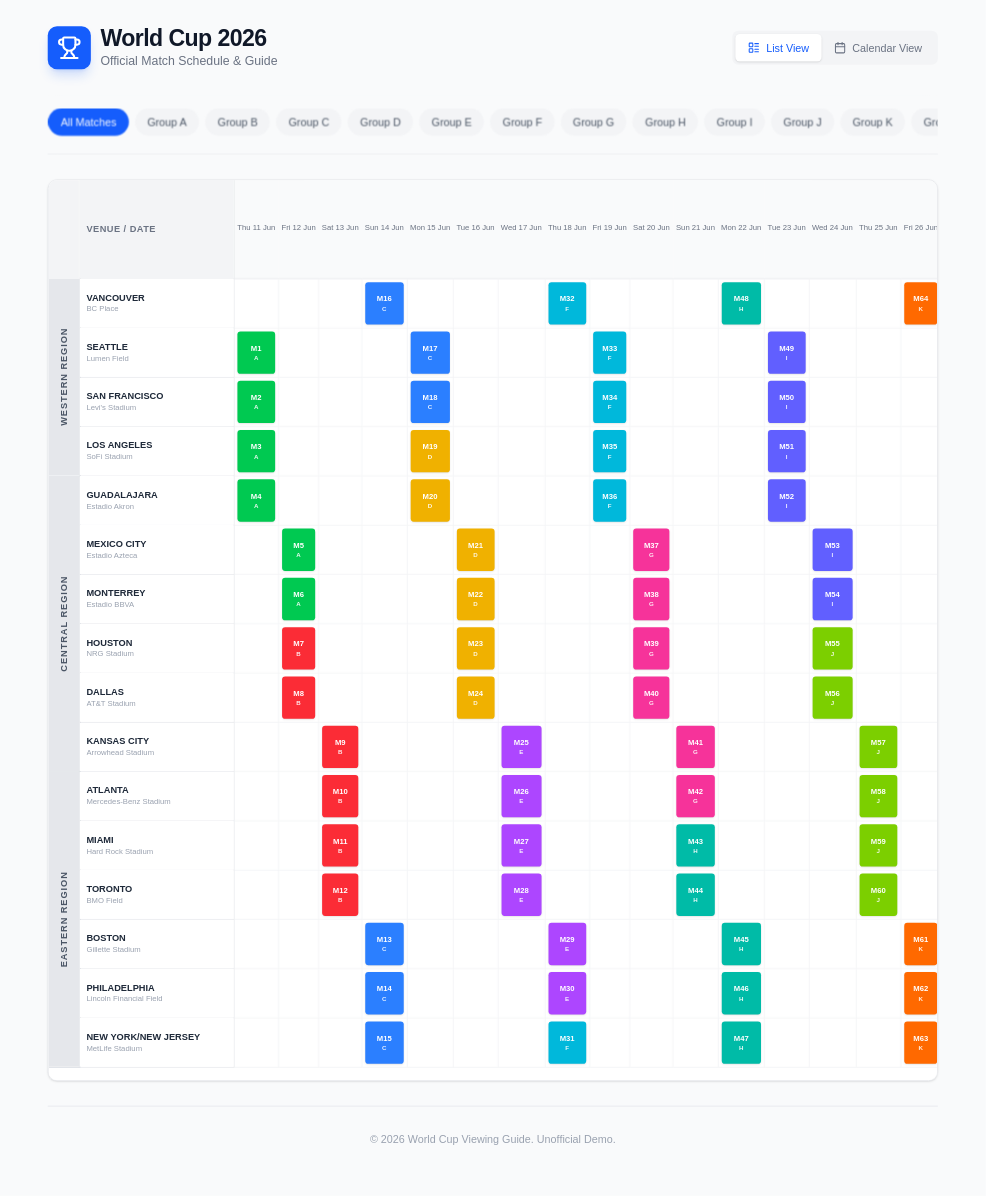
Repository: tc9011/world-cup
Page: /
These files come from the project's save history. The page is drawn as it stood at one moment and after a run of saves; the edit follows.
The browser window is 1280 px wide. The pictures show the whole page, at 77% of full size.
The project was rebuilt for these pictures with package versions that can differ from the ones it lists, and the page was loaded fresh each time. The framework's server and built-in components were replaced by stand-ins that run in the browser. Also part of the build but not shown: next.config.ts, components/CalendarView.tsx.

Above is the page before, as saved 2025-12-06 12:20:56.

After the next 4 saves:
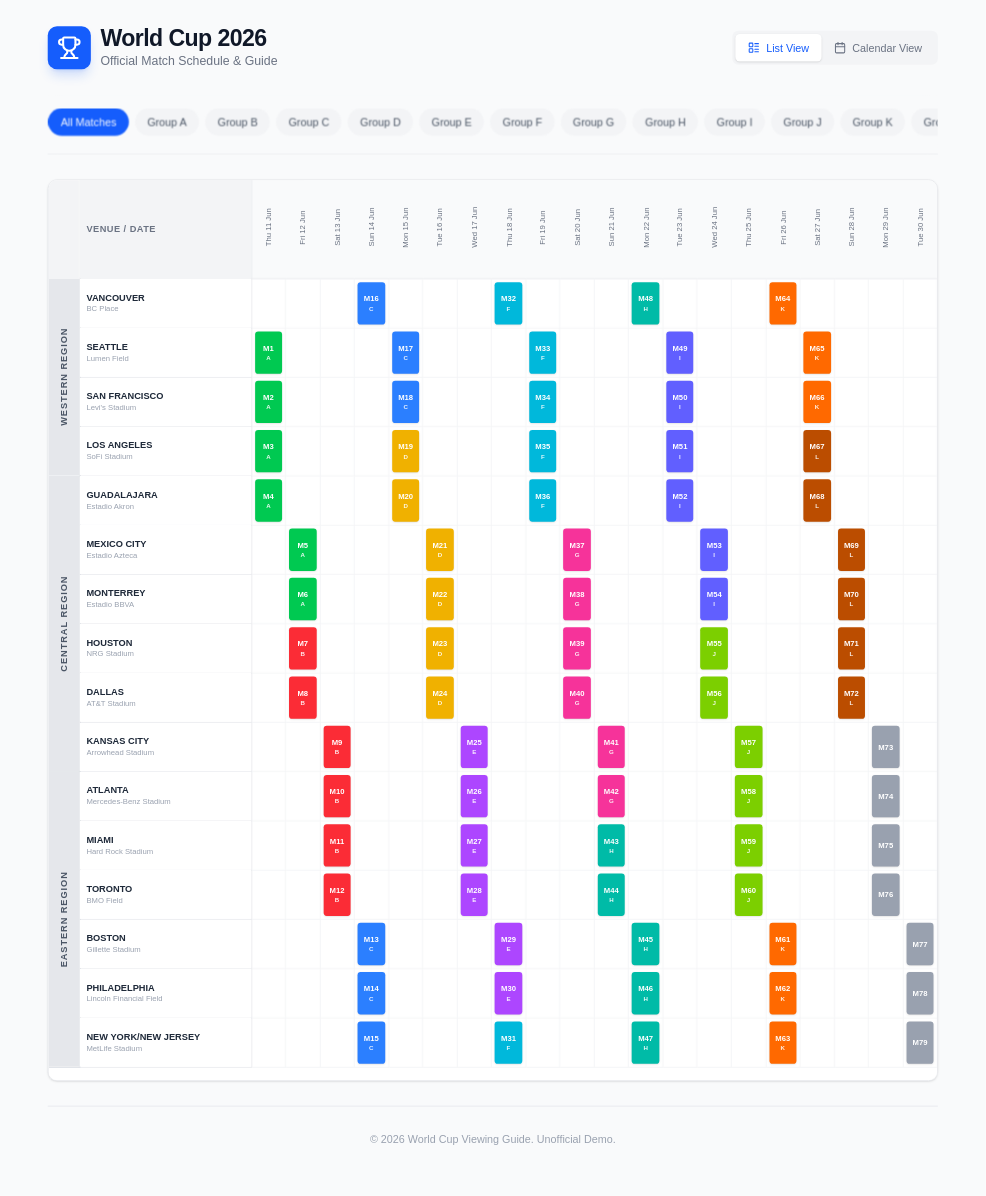
The 4 saves are shown as one change because they came seconds apart.
The last was saved 16 s later.
--- a/components/ScheduleMatrix.tsx
+++ b/components/ScheduleMatrix.tsx
@@ -61,7 +61,7 @@ export const ScheduleMatrix: React.FC<ScheduleMatrixProps> = ({ matches }) => {
               {days.map(day => (
                 <th key={day.toISOString()} className="p-1 border-b border-gray-200 dark:border-gray-700 min-w-[40px] text-center bg-gray-50 dark:bg-gray-900 align-bottom pb-2 h-32">
                   <div className="flex items-center justify-center h-full w-full">
-                    <span className="text-[10px] text-gray-500 font-medium whitespace-nowrap">
+                    <span className="text-[10px] text-gray-500 font-medium whitespace-nowrap [writing-mode:vertical-rl] rotate-180">
                       {format(day, 'EEE d MMM')}
                     </span>
                   </div>
